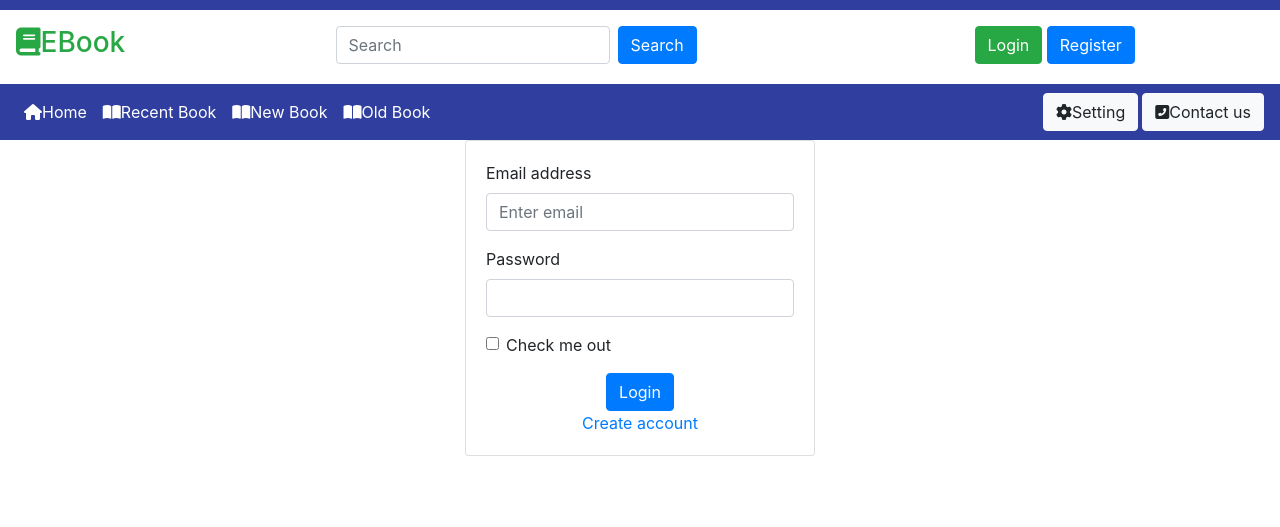
Repository: DaoThanhLam/eProjectKy4
Page: http://localhost/bookma_pro/login.jsp
The author's editor kept a copy of each file at every save. The page is drawn from the files as they stood at one save, then again after the next save.
The browser window is 1280 px wide. The pictures show the whole page.
Some web libraries are served in a nearby version. The page is served by Tomcat 9.

Above is the page before, as saved 2024-11-16 08:29:12.

### bookma_pro/src/main/webapp/login.jsp
<%@ page language="java" contentType="text/html; charset=ISO-8859-1"
    pageEncoding="ISO-8859-1"%>
<!DOCTYPE html>
<html>
<head>
<meta charset="ISO-8859-1">
<title>Insert title here</title>
<%@include file="components/css.jsp"%>
</head>
<body>
<%@include file="components/navbar.jsp"%>

<div class="container">
	<div class="row">
		<div class="col-md-4 offset-md-4">
			<div class="card">
				<div class="card-body">
					<form>
  						<div class="form-group">
    						<label for="exampleInputEmail1">Email address</label>
    						<input type="email" class="form-control" id="exampleInputEmail1" aria-describedby="emailHelp" placeholder="Enter email">
  						</div>
  						<div class="form-group">
    						<label for="exampleInputPassword1">Password</label>
    						<input type="password" class="form-control" id="exampleInputPassword1">
  						</div>
  						<div class="form-group form-check">
    						<input type="checkbox" class="form-check-input" id="exampleCheck1">
    						<label class="form-check-label" for="exampleCheck1">Check me out</label>
  						</div>
  						<div class="text-center">
  							<button type="submit" class="btn btn-primary">Login</button> <br>
  							<a href="register.jsp">Create account</a>
  						</div>
					</form>
				</div>
			</div>
		</div>
	</div>
</div>


</body>
</html>

### bookma_pro/src/main/webapp/components/css.jsp
<link rel="stylesheet" href="https://cdn.jsdelivr.net/npm/bootstrap@4.3.1/dist/css/bootstrap.min.css" integrity="sha384-ggOyR0iXCbMQv3Xipma34MD+dH/1fQ784/j6cY/iJTQUOhcWr7x9JvoRxT2MZw1T" crossorigin="anonymous">

<script src="https://code.jquery.com/jquery-3.3.1.slim.min.js" integrity="sha384-q8i/X+965DzO0rT7abK41JStQIAqVgRVzpbzo5smXKp4YfRvH+8abtTE1Pi6jizo" crossorigin="anonymous"></script>

<script src="https://cdn.jsdelivr.net/npm/popper.js@1.14.7/dist/umd/popper.min.js" integrity="sha384-UO2eT0CpHqdSJQ6hJty5KVphtPhzWj9WO1clHTMGa3JDZwrnQq4sF86dIHNDz0W1" crossorigin="anonymous"></script>

<script src="https://cdn.jsdelivr.net/npm/bootstrap@4.3.1/dist/js/bootstrap.min.js" integrity="sha384-JjSmVgyd0p3pXB1rRibZUAYoIIy6OrQ6VrjIEaFf/nJGzIxFDsf4x0xIM+B07jRM" crossorigin="anonymous"></script>

<link rel="stylesheet" href="https://cdnjs.cloudflare.com/ajax/libs/font-awesome/6.6.0/css/all.min.css" integrity="sha512-Kc323vGBEqzTmouAECnVceyQqyqdsSiqLQISBL29aUW4U/M7pSPA/gEUZQqv1cwx4OnYxTxve5UMg5GT6L4JJg==" crossorigin="anonymous" referrerpolicy="no-referrer" />

<link rel="stylesheet" href="components/style.css">

### bookma_pro/src/main/webapp/components/navbar.jsp
<div class="container-fluid" style="height: 10px; background-color: #303f9f"></div>

<div class="container-fluid p-3">
	<div class="row" >
		<div class="col-md-3 text-success">
			<h3><i class="fas fa-book"></i>EBook</h3>
		</div>
		<div class="col-md-6">
	  		<form class="form-inline my-2 my-lg-0">
      			<input class="form-control mr-sm-2" type="search" placeholder="Search" aria-label="Search">
      			<button class="btn btn-primary my-2 my-sm-0" type="submit">Search</button>
    		</form>
		</div>

			<div class="col-md-3">
			<a href="login.jsp" class="btn btn-success">Login</a>
			<a href="register.jsp" class="btn btn-primary text-white">Register</a>
			</div>

	</div>
</div>

<nav class="navbar navbar-expand-lg navbar-dark bg-custom">
  <button class="navbar-toggler" type="button" data-toggle="collapse" data-target="#navbarSupportedContent" aria-controls="navbarSupportedContent" aria-expanded="false" aria-label="Toggle navigation">
    <span class="navbar-toggler-icon"></span>
  </button>

  <div class="collapse navbar-collapse" id="navbarSupportedContent">
    <ul class="navbar-nav mr-auto">
      <li class="nav-item active">
        <a class="nav-link" href="#">
        	<i class="fas fa-home"></i>Home <span class="sr-only">(current)</span>
        </a>
      </li>
      <li class="nav-item active">
        <a class="nav-link" href="#"><i class="fas fa-book-open"></i>Recent Book</a>
      </li>
      <li class="nav-item active">
        <a class="nav-link" href="#"><i class="fas fa-book-open"></i>New Book</a>
      </li>

      <li class="nav-item active">
        <a class="nav-link disabled" href="#" tabindex="-1" aria-disabled="true"><i class="fas fa-book-open"></i>Old Book</a>
      </li>
    </ul>
    <form class="form-inline my-2 my-lg-0">
      <button class="btn btn-light my-2 my-sm-0" type="submit"><i class="fas fa-cog"></i>Setting</button>
      <button class="btn btn-light my-2 my-sm-0 ml-1" type="submit"><i class="fas fa-phone-square-alt"></i>Contact us</button>
    </form>
  </div>
</nav>

### bookma_pro/src/main/webapp/components/style.css
.bg-custom{
	background-color: #303f9f;
}
.navbar .nav-item:hover .nav-link{
	background-color: white;
	color:  #303f9f;
	border-radius: 10px;
}

After the next save:
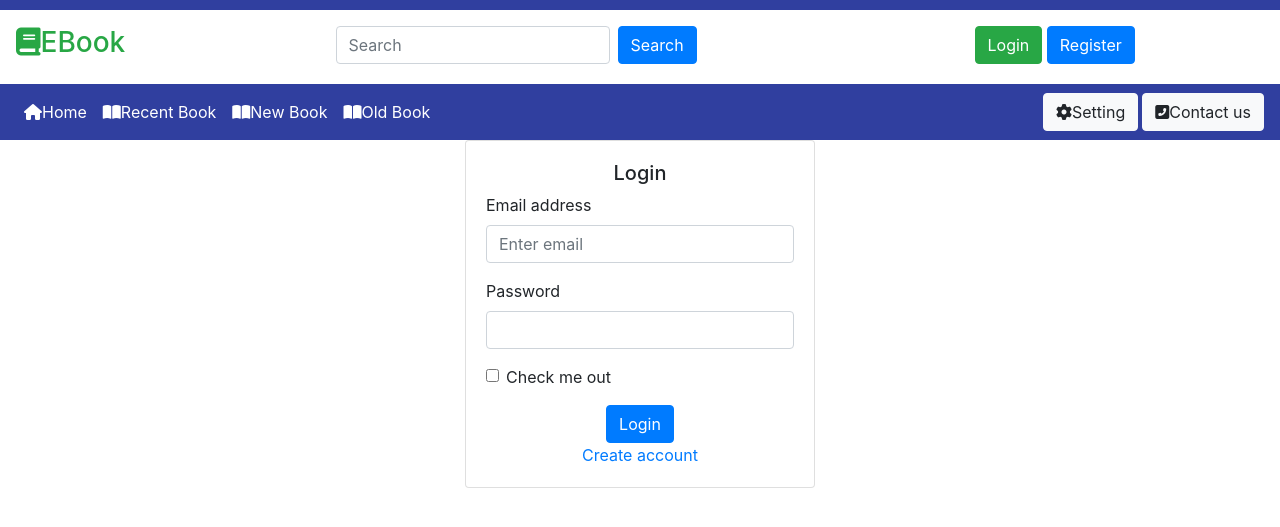
Saved 6 min 33 s later.
--- a/bookma_pro/src/main/webapp/login.jsp
+++ b/bookma_pro/src/main/webapp/login.jsp
@@ -7,7 +7,7 @@
 <title>Insert title here</title>
 <%@include file="components/css.jsp"%>
 </head>
-<body>
+<body style="backgrounf-color: #f0f1f2">
 <%@include file="components/navbar.jsp"%>
 
 <div class="container">
@@ -15,6 +15,7 @@
 		<div class="col-md-4 offset-md-4">
 			<div class="card">
 				<div class="card-body">
+			<h5 class="text-center">Login</h5>
 					<form>
   						<div class="form-group">
     						<label for="exampleInputEmail1">Email address</label>
